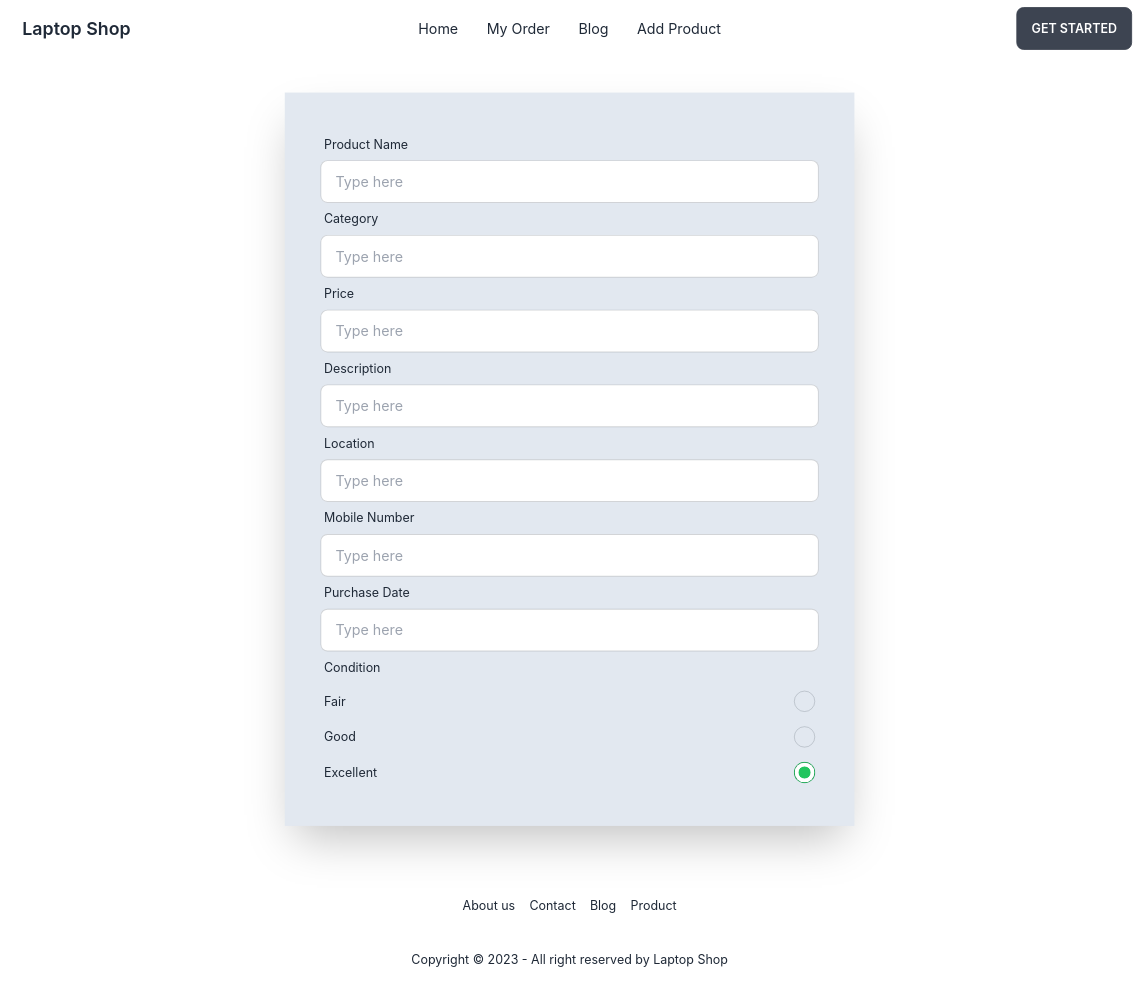
Repository: mdsajib50/E-commerce
Page: /add-product
The author's editor kept a copy of each file at every save. The page is drawn from the files as they stood at one save, then again after a run of saves.
The browser window is 1280 px wide. The pictures show the whole page, at 89% of full size.
The project was rebuilt for these pictures with package versions that can differ from the ones it lists, and the page was loaded fresh each time. Also part of the build but not shown: src/Pages/Home/Banner/Banner.js, src/Pages/Home/Product/ProductCard.js, src/Pages/Home/Product/Product.js, src/Pages/Home/Home/Home.js.

Above is the page before, as saved 2023-01-11 23:19:17.

After the next 2 saves:
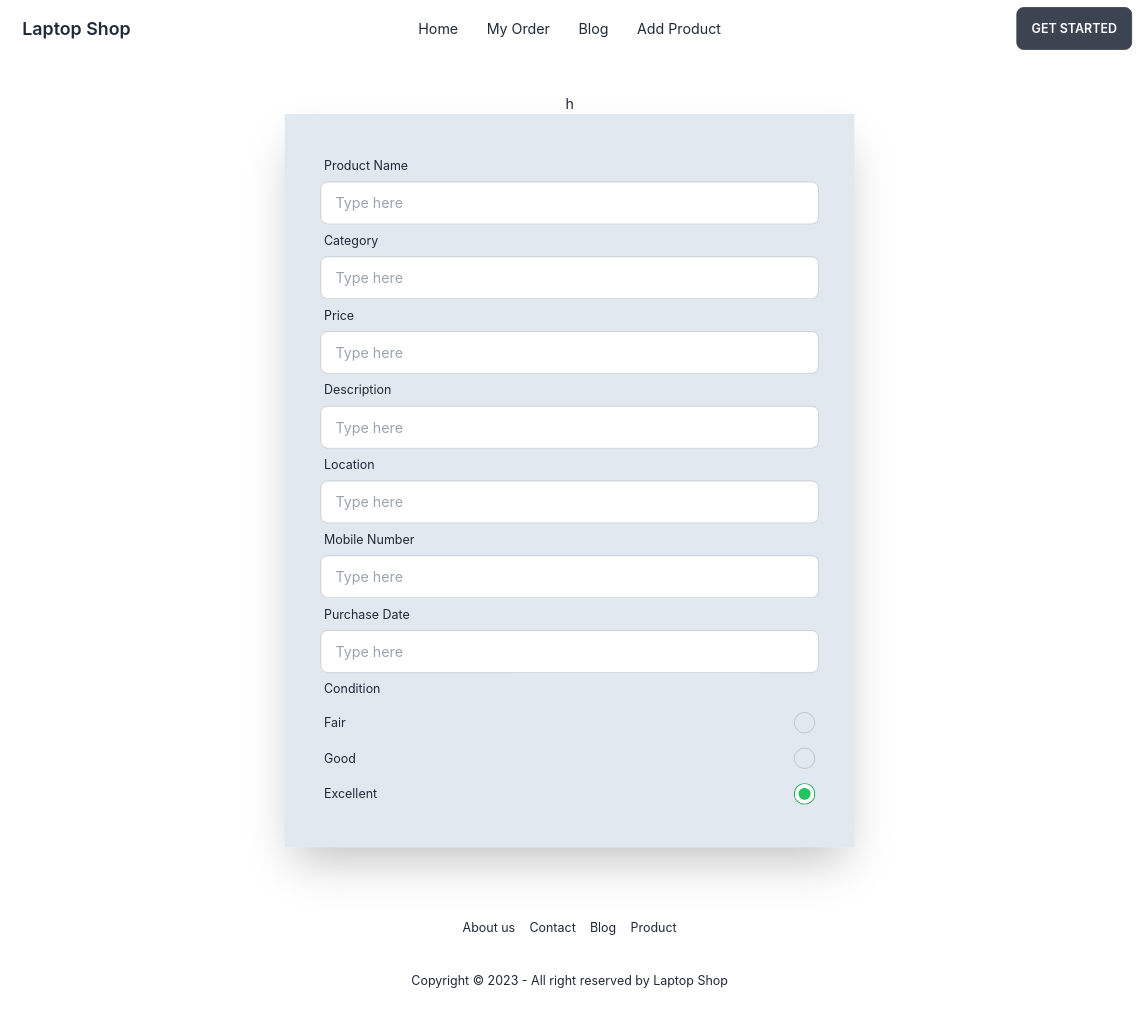
The 2 saves are shown as one change because they came seconds apart.
The last was saved 25 s later.
--- a/src/Pages/AddProduct/AddProduct.js
+++ b/src/Pages/AddProduct/AddProduct.js
@@ -3,6 +3,7 @@ import React from 'react';
 const AddProduct = () => {
     return (
         <div className='my-10'>
+            h
            <div className=' text-center w-1/2 mx-auto shadow-2xl bg-slate-200 p-10'>
                 <form>
                     <div className="form-control">
